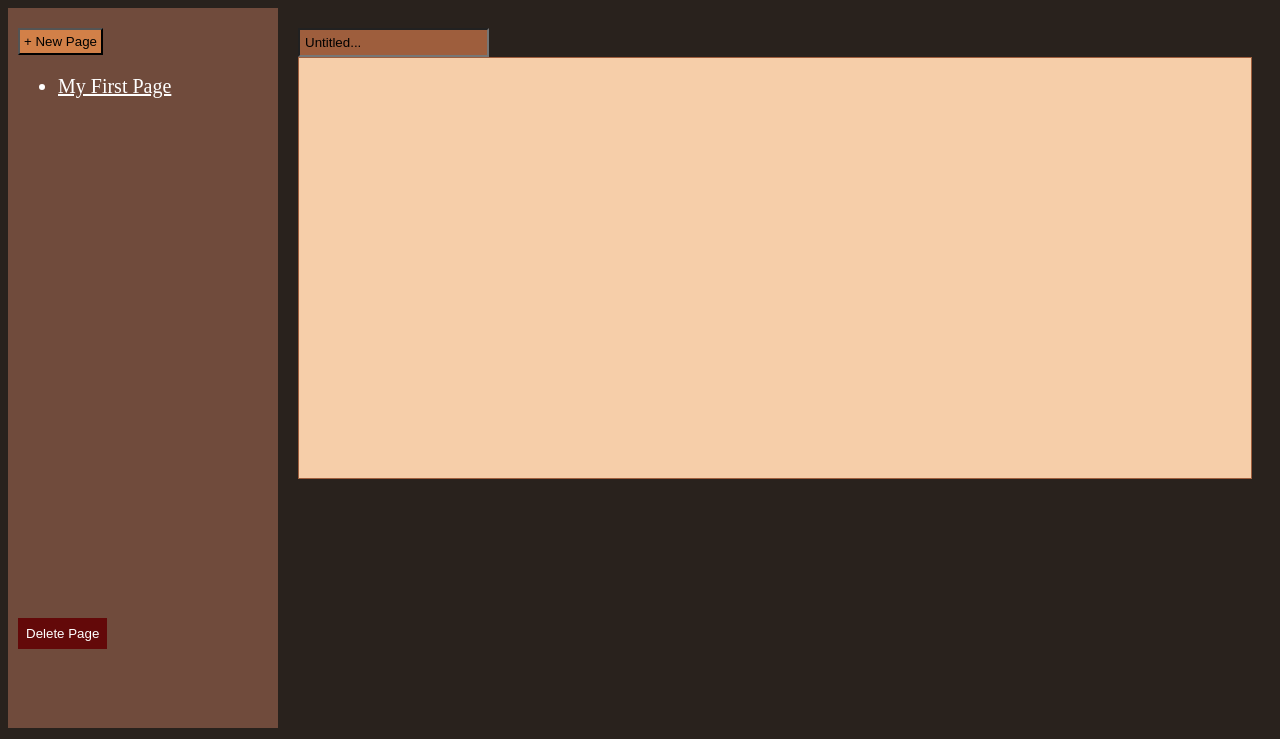
Repository: Dharshinimk-521/notes-app
Page: index.html
An editor plug-in stored every save of this project. The page is shown before and after the next save, followed by the edit.
The browser window is 1280 px wide. The pictures show the whole page.

Above is the page before, as saved 2026-04-18 22:12:15.

After the next save:
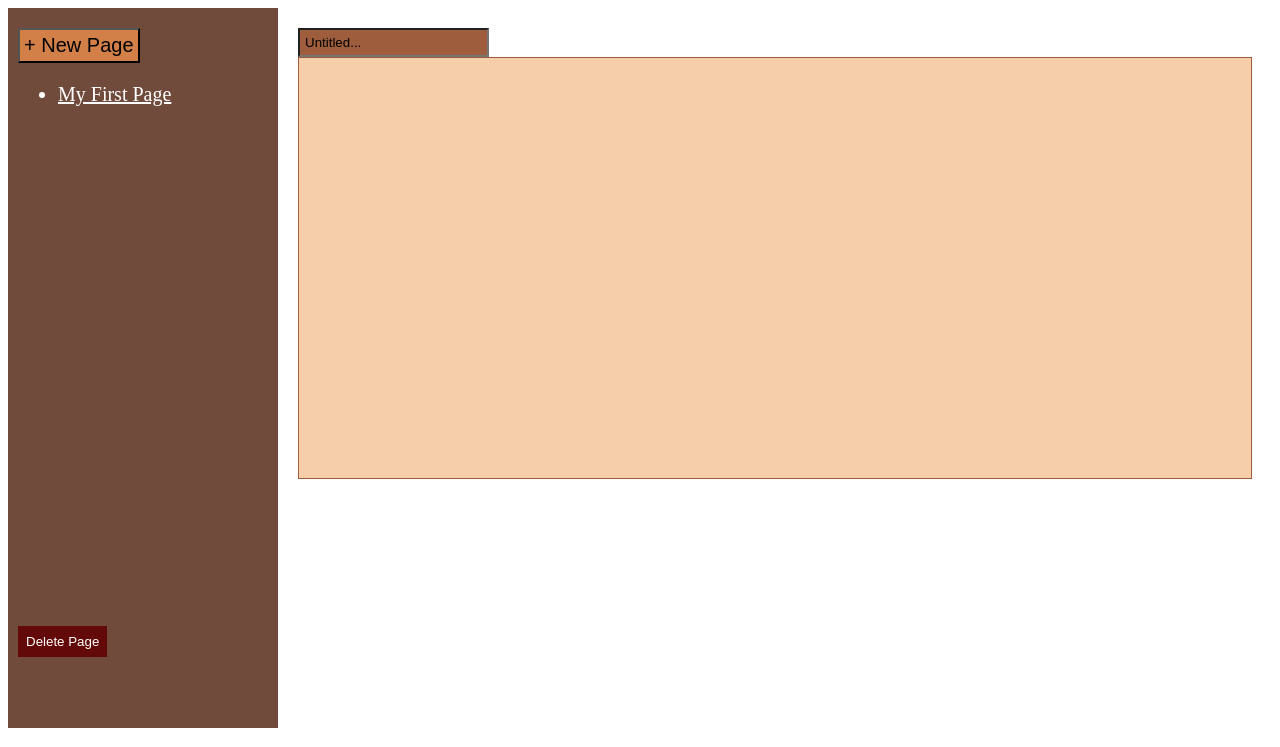
Saved 30 s later.
--- a/style.css
+++ b/style.css
@@ -1,4 +1,5 @@
 body{
+    font-family:
     background-color: #29221D;
 }
 .app {
@@ -30,6 +31,7 @@ body{
  padding: 4px;
  margin-top: 10px;
  cursor:pointer;
+ font-size: 20px;
 }
 #pageTitle{
     padding:5px;
